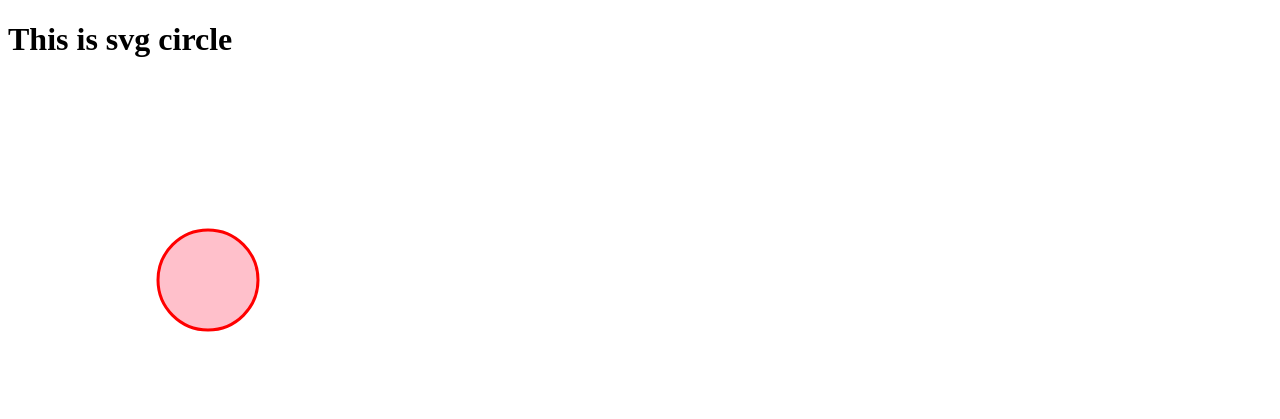
Repository: stastnyd/stastny-d3js
Page: Projekt/1. Oblici/index.html
An editor plug-in stored every save of this project. The page is shown before and after the next save, followed by the edit.
The browser window is 1280 px wide. The pictures show the whole page.

Above is the page before, as saved 2019-08-05 15:50:36.

### Projekt/1. Oblici/index.html
<!DOCTYPE html>
<html lang="en">

<head>
    <meta charset="UTF-8">
    <meta name="viewport" content="width=device-width, initial-scale=1.0">
    <meta http-equiv="X-UA-Compatible" content="ie=edge">
    <title>Document</title>
</head>

<body>


    <h1>This is svg circle</h1>
    <svg width="400" height="600">
        <circle cx="200" cy="200" r="50" fill="pink" stroke ="red" stroke-width="3"/>
    </svg>

</body>

</html>

After the next save:
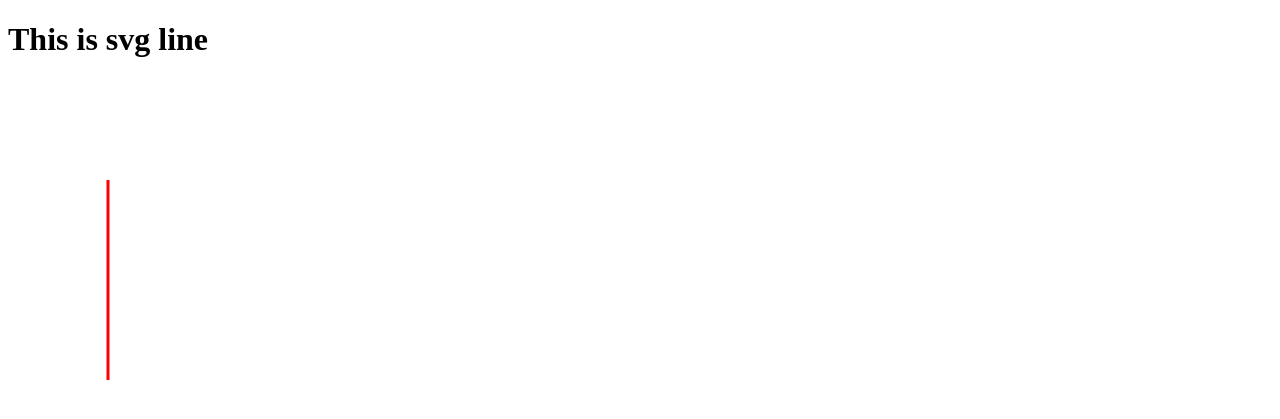
Saved 10 min 35 s later.
--- a/Projekt/1. Oblici/index.html
+++ b/Projekt/1. Oblici/index.html
@@ -11,9 +11,9 @@
 <body>
 
 
-    <h1>This is svg circle</h1>
+    <h1>This is svg line</h1>
     <svg width="400" height="600">
-        <circle cx="200" cy="200" r="50" fill="pink" stroke ="red" stroke-width="3"/>
+        <line x1="100" y1="100" x2="100" y2="300" stroke ="red" stroke-width="3"/>
     </svg>
 
 </body>
